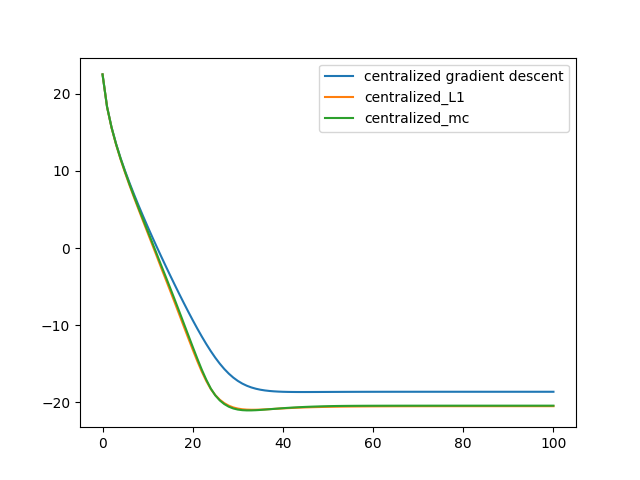
Repository: komuro-zero/distributed-optimization
Script's output: python main_weakly_sparse.py
The author's editor kept a copy of each file at every save. The script's output is drawn from the files as they stood at one save, then again after the next save.
Random numbers start from a fixed seed.

Above is the script's output before, as saved 2019-09-26 19:22:01.

### main_weakly_sparse.py
import numpy as np
import matplotlib.pyplot as plt
from numpy.random import *
from modules.distributed_functions_wj import functions


np.random.seed(0)
class distributed_updates(functions):


    def __init__(self):

        self.N = 40
        self.m = 100
        self.r_i = 30
        self.iteration = 100
        self.sparsity_percentage = 0.2
        #self.lamb = 10**-3
        #self.eta = 0.2
        #self.rho = s
        # elf.lamb*(10**2)
        self.lamb = 1
        self.eta = 0.003
        self.rho = self.lamb*(1**2)
        if self.lamb/self.rho <= self.eta*self.lamb:
            print("faulty rho")
            exit()

    def make_variables(self):
        """
        w_star,U_all,d_allを返㝙
        """
        how_weak = 0.001
        w = randn(self.N,1)
        w_star = self.w_star_weakly_sparse(self.N,self.sparsity_percentage,how_weak)
        U_all = randn(self.m,self.N)
        w_star_noise = w_star +randn(self.N,1)/100
        #w_star_noise = w_star_noise/np.dot(w_star_noise.T,w_star_noise)
        d_all = np.dot(U_all,w_star_noise)
        L2 = np.dot(w_star.T,w_star)

        return w,w_star,U_all,d_all,L2,w_star_noise

    def run(self):
        w,w_star,U_all,d_all,L2,w_star_noise = self.make_variables()
        c = self.adjacency_matrix(self.m,self.r_i)
        self.disjoint_checker(c,self.m)
        w_all = self.make_w(self.m,self.N)

        error_cgd,wcgd = self.centralized_gradient_descent(U_all,d_all,w,w_star,L2,0.003,self.iteration)
        error,wcl1 = self.centralized_L1(U_all,d_all,w,w_star,L2,0.003,0.003,self.iteration)
        error,wcmc = self.centralized_mc(U_all,d_all,w,w_star,L2,self.lamb,self.eta,self.rho,self.iteration)
        #self.distributed_gradient_descent_wj(U_all,d_all,w_star,L2,self.N,self.m,self.r_i,0.25,self.iteration,c,w_all,wcgd)
        #self.distributed_L1_wj(U_all,d_all,w_star,L2,self.N,self.m,self.r_i,10**-4,0.24,self.iteration,c,w_all,wcl1)
        #self.distributed_mc_wj(U_all,d_all,w_star,L2,self.N,self.m,self.r_i,self.lamb,self.eta,self.rho,self.iteration,c,w_all,wcmc)
        #self.distributed_gradient_descent(U_all,d_all,w_star,L2,self.N,self.m,self.r_i,0.21,self.iteration,c,w_all)
        #self.distributed_mc(U_all,d_all,w_star,L2,self.N,self.m,self.r_i,self.lamb,self.eta,self.rho,self.iteration,c,w_all)

        #error = [cgd[-1],cl1,cmc[-1],dgd[-1],dl1[-1],dmc[-1]]
        #return error[-1]#w_star,w_star_noise,wcgd,wcl1,wcmc

"""
    #not completed
    def run_distributed(self):
        w,w_star,U_all,d_all,L2 = self.make_variables()

        lamb_l1 = 9*10**-5
        lamb_mc = 10**-3
        eta_gd = 0.1
        eta_l1 = 0.09
        eta_mc = 0.01

        self.distributed(U_all,d_all,w_star,L2,self.N,self.m,self.r_i,lamb_l1,lamb_mc,eta_gd,eta_l1,eta_mc,self.rho,self.iteration)
"""


if __name__ == "__main__":
    simulation = distributed_updates()
    cgd=cl1=cmc=dgd=dl1=dmc=[]
    for i in range(1):
        simulation.run()
        #cgd.append(error)
        """
        error = simulation.run()
        cgd.append(error[0])
        cl1.append(error[1])
        cmc.append(error[2])
        dgd.append(error[3])
        dl1.append(error[4])
        dmc.append(error[5])

        print("iteration:",i)
        """
    #times = range(len(cgd))

    #print("average:",sum(cgd)/len(cgd),"\n max:",max(cgd))
    #print("w_star:",w_star,"\nwcgd:",wcgd-w_star_noise,"\nwcl1:",wcl1-w_star_noise,"\nwcmc:",wcmc-w_star_noise)
    #plt.bar(times,cgd)
    plt.legend()
    plt.show()

### modules/distributed_functions_wj.py
#functions used in each simulations
import numpy as np
from numpy.random import *
import matplotlib.pyplot as plt

#np.random.seed(0)

class functions():
	def w_star(self,N,sparse_percentage):
		w_star = randn(N,1)     #平均は0
		before_length = len(w_star)
		after_length = before_length
		while (after_length / before_length) > sparse_percentage:
			a = randint(0,N-1)
			w_star[a] = 0
			after_length = len(np.unique(w_star))-1  #重複要素の削除
		return w_star

	def w_star_weakly_sparse(self,N,sparse_percentage,how_weak):
		w_star = randn(N,1)     #平均は0
		before_length = len(w_star)
		after_length = before_length
		while (after_length / before_length) > sparse_percentage:
			a = randint(0,N-1)
			w_star[a] = 0
			after_length = len(np.unique(w_star))-1  #重複要素の削除
		w_star_prox = np.zeros((len(w_star),1))
		for i in range(len(w_star)):
			if w_star[i] == 0:
				w_star_prox[i] = randn()
		w_star_prox = w_star_prox/np.dot(w_star_prox.T,w_star_prox)
		w_star = w_star/np.dot(w_star.T,w_star)
		w_star += how_weak*w_star_prox
		return w_star

	def w_star_weakly_sparse_sample(self,N,sparse_percentage):
		w_star = self.w_star(N,sparse_percentage)
		for i in range(len(w_star)):
			if w_star[i] == 0:
				w_star[i] = 0.0001
			else:
				w_star[i] = 1
		return w_star

	def db(self,x, y):
		db = 10 * np.log10(x / y)
		return db[0][0]

	def adjacency_matrix(self,m,r_i):
		"""
		disjointed example
		a = [1]*r_i
		b = [0]*(m-r_i)
		a.extend(b)
		c = [1]*r_i
		d = [0]*(m-r_i)
		d.extend(c)
		aa = [a]*int(m/2)
		dd = [d]*int(m/2)
		dd.extend(aa)
		result = np.array(dd)
		for i in range(len(result)):
			result[i][i]=1

		"""
		c = np.eye(m)
		for j in range(m):
			counter = 0
			while counter != r_i:
				random_num = np.random.randint(0,m)
				if c[j][random_num] != 1:
					c[j][random_num] = 1
					counter += 1
		return c

	def find_ones(self,row):
		result = [i for i, element in enumerate(row) if element == 1]
		return result

	def all_connections(self,c_list):
		result = []
		for row in c_list:
			result.append(self.find_ones(row))
		return result

	def delete_self(self,all_connection):
		for i in range(len(all_connection)):
			all_connection[i].remove(i)
		return all_connection

	def disjoint_checker(self,c,m):
		c_list = c.tolist()
		all_connection = self.all_connections(c_list)
		adjacent_matrix = self.delete_self(all_connection)
		check_node = adjacent_matrix[0]
		connected_node = adjacent_matrix[0]
		last_length = len(connected_node)
		check_node_box = []
		count = 1

		flag = True
		while flag:
			for i in check_node:
				check_node_box[0:0] = (all_connection[i])
			common_part = list(set(check_node_box) & set(connected_node))
			check_node = list(set(check_node_box) - set(common_part))
			connected_node[0:0] = check_node_box
			connected_node = list(set(connected_node))
			check_node_box = []
			now_length = len(connected_node)
			if now_length == last_length:
				flag = False
			count += 1
			if count > m or len(connected_node) == m:
				flag = False
			last_length = now_length
		if len(connected_node) == m:
			print("Your graph is not disjoint")
		else:
			print("Your graph is disjoint. connected nodes:",now_length)

	def w_average(self,w_all):
		result = [0]*len(w_all[0])
		for row in w_all:
			result += row
		result = result/len(w_all)
		return result

	def make_w(self,m,N):
		w = randn(N,1).T
		for i in range(m-1):
			w = np.concatenate((w,randn(N,1).T))
		return w

	def centralized_gradient_descent(self,Ut,d,w,w_star,L2,eta,iteration):
		error = [self.db(np.dot((w-w_star).T,w-w_star)[0],L2)]
		times = [0]
		one_error =0
		U = Ut.T
		for i in range(iteration):
			w = w - 2*eta*(np.dot(U,(np.dot(Ut,w)-d)))
			one_error = np.dot((w-w_star).T,w-w_star)[0]
			error.append(self.db(one_error,L2))
			times.append(i+1)
		plt.plot(times,error,label = "centralized gradient descent")
		return error,w

	def centralized_L1(self,Ut,d,w,w_star,L2,lamb,eta,iteration):
		error = [self.db(np.dot((w-w_star).T,w-w_star)[0],L2)]
		times = [0]
		one_error =0
		U = Ut.T
		for i in range(iteration):
			w = w - 2*eta*(np.dot(U,(np.dot(Ut,w)-d)))
			for j in range(len(w)):
				if w[j] > 0 and lamb < abs(w[j]):
					w[j] -= lamb
				elif w[j] < 0 and lamb < abs(w[j]):
					w[j] += lamb
				else:
					w[j] = 0
			one_error = np.dot((w-w_star).T,w-w_star)[0]
			error.append(self.db(one_error,L2))
			times.append(i+1)
		exec("plt.plot(times,error,label = 'centralized_L1')")
		return error,w

	def centralized_mc(self,Ut,d,w,w_star,L2,lamb,eta,rho,iteration):
		error = [self.db(np.dot((w-w_star).T,w-w_star)[0],L2)]
		times = [0]
		one_error =0
		U = Ut.T
		for i in range(iteration):
			w = w - 2*eta*(np.dot(U,(np.dot(Ut,w)-d)))
			for j in range(len(w)):
				if abs(w[j]) < eta*lamb:
					w[j] = 0
				elif eta*lamb < abs(w[j]) and abs(w[j]) < lamb/rho:
					w[j] = w[j]*(abs(w[j])-eta*lamb)/(abs(w[j])*(1-eta*rho))
				elif lamb/rho <= abs(w[j]):
					w[j] = w[j]
				else:
					print("banana")
			one_error = np.dot((w-w_star).T,w-w_star)[0]
			error.append(self.db(one_error,L2))
			times.append(i+1)
			one_error = 0
		plt.plot(times,error,label = "centralized_mc")
		return error,w

	def one_gradient_descent(self,Ut,d,w,eta):
		U = Ut.T
		w = w - 2*eta*((U*(np.dot(Ut,w)-d)))
		return w

	def one_L1(self,Ut,d,w,lamb,eta):
		U = Ut.T
		w = w - 2*eta*((U*(np.dot(Ut,w)-d)))
		for j in range(len(w)):
			if w[j] > 0 and lamb < abs(w[j]):
				w[j] -= lamb
			elif w[j] < 0 and lamb < abs(w[j]):
				w[j] += lamb
			else:
				w[j] = 0
		return w

	def one_mc(self,Ut,d,w,lamb,eta,rho):
		U = Ut.T
		w = w - 2*eta*((U*(np.dot(Ut,w)-d)))
		for j in range(len(w)):
			if abs(w[j]) <= eta*lamb:
				w[j] = 0
			elif eta*lamb < abs(w[j]) and abs(w[j]) < lamb/rho:
				w[j] = w[j]*(abs(w[j])-eta*lamb)/(abs(w[j])*(1-eta*rho))
			elif lamb/rho <= abs(w[j]):
				w[j] = w[j]
			else:
				print("banana")
		return w

	def distributed_gradient_descent(self,Ut,d,w_star,L2,N,m,r_i,eta,iteration,c,w_all_f):
		average_error = [0]
		for i in range(1,m+1,1):
			exec("u_%d = Ut[%d]" % (i,i-1))
			exec("d_%d = d[%d][0]" % (i,i-1))
			exec("w_%d = np.reshape(w_all_f[%d],(N,1)).ravel() " % (i,i-1))
			exec("w_next_%d = w_%d" % (i,i))
			exec("error_w_%d = []" % (i))
			exec("one_error_%d =[]" % (i))
			exec("average_error[0] += self.db(np.dot((w_%d-w_star.ravel()).T,w_%d-w_star.ravel()),L2)"%(i,i))
		average_error[0] = average_error[0]/m
		times = [0]
		for i in range(iteration):
			for j in range(1,m+1,1):
				exec("w_%d = self.one_gradient_descent(u_%d,d_%d,w_%d,eta)" % (j,j,j,j))
				exec("w_next_%d = w_%d" % (j,j))
			exec("w_all = [w_next_1]")
			for j in range(2,m+1):
				exec("w_all = np.concatenate((w_all,[w_next_%d]))" %(j))
			exec("average = (1/(r_i+1))*np.dot(c,w_all)")
			for j in range(1,m+1,1):
				exec("w_%d = average[%d]" % (j,j-1))
			for j in range(1,m+1,1):
				exec("one_error_%d = np.dot((w_%d-w_star.ravel()).T,w_%d-w_star.ravel())" % (j,j,j))
				exec("error_w_%d.append(self.db(one_error_%d,L2))" % (j,j))
			times.append(i+1)
		exec("w_all_f = w_all")
		exec("w_average = self.w_average(w_all)")
		for i in range(iteration):
			exec("average_error.append(error_w_1[%d])" % (i))
			for j in range(2,m+1,1):
				exec("average_error[%d] += error_w_%d[%d]" % (i+1,j,i))
			average_error[i+1] = average_error[i+1]/m
		plt.plot(times,average_error,label = 'distributed gradient descent')
		plt.legend()
		return average_error,w_all_f

	def distributed_L1(self,Ut,d,w_star,L2,N,m,r_i,lamb,eta,iteration,c,w_all_f):
		average_error = [0]
		for i in range(1,m+1,1):
			exec("u_%d = Ut[%d]" % (i,i-1))
			exec("d_%d = d[%d][0]" % (i,i-1))
			exec("w_%d = np.reshape(w_all_f[%d],(N,1)).ravel() " % (i,i-1))
			exec("w_next_%d = w_%d" % (i,i))
			exec("error_w_%d = []" % (i))
			exec("one_error_%d =[]" % (i))
			exec("average_error[0] += self.db(np.dot((w_%d-w_star.ravel()).T,w_%d-w_star.ravel()),L2)"%(i,i))
		average_error[0] = average_error[0]/m

		times = [0]
		for i in range(iteration):
			for j in range(1,m+1,1):
				exec("w_%d = self.one_L1(u_%d,d_%d,w_%d,lamb,eta)" % (j,j,j,j))
				exec("w_next_%d = w_%d" % (j,j))
			exec("w_all = [w_next_1]")
			for j in range(2,m+1):
				exec("w_all = np.concatenate((w_all,[w_next_%d]))" %(j))
			exec("average = (1/(r_i+1))*np.dot(c,w_all)")
			for j in range(1,m+1,1):
				exec("w_%d = average[%d]" % (j,j-1))
			for j in range(1,m+1,1):
				exec("one_error_%d = np.dot((w_%d-w_star.ravel()).T,w_%d-w_star.ravel())" % (j,j,j))
				exec("error_w_%d.append(self.db(one_error_%d,L2))" % (j,j))
			times.append(i+1)
		exec("w_average = self.w_average(w_all)")
		for i in range(iteration):
			exec("average_error.append(error_w_1[%d])" % (i))
			for j in range(2,m+1,1):
				exec("average_error[%d] += error_w_%d[%d]" % (i+1,j,i))
			average_error[i+1] = average_error[i+1]/m
		plt.plot(times,average_error,label = 'distributed L1')
		plt.legend()
		return average_error

	def distributed_mc(self,Ut,d,w_star,L2,N,m,r_i,lamb,eta,rho,iteration,c,w_all_f):
		average_error = [0]
		for i in range(1,m+1,1):
			exec("u_%d = Ut[%d]" % (i,i-1))
			exec("d_%d = d[%d][0]" % (i,i-1))
			exec("w_%d = np.reshape(w_all_f[%d],(N,1)).ravel() " % (i,i-1))
			exec("w_next_%d = w_%d" % (i,i))
			exec("error_w_%d = []" % (i))
			#exec("error_w_%d = [self.db(np.dot((w_%d-w_star.ravel()).T,w_%d-w_star.ravel()),L2)]" % (i,i,i))
			exec("one_error_%d =[]" % (i))
			exec("average_error[0] += self.db(np.dot((w_%d-w_star.ravel()).T,w_%d-w_star.ravel()),L2)"%(i,i))
		average_error[0] = average_error[0]/m
		times = [0]
		for i in range(iteration):
			for j in range(1,m+1,1):
				exec("w_%d = self.one_mc(u_%d,d_%d,w_%d,lamb,eta,rho)" % (j,j,j,j))
				exec("w_next_%d = w_%d" % (j,j))
			exec("w_all = [w_next_1]")
			for j in range(2,m+1):
				exec("w_all = np.concatenate((w_all,[w_next_%d]))" %(j))
			exec("average = (1/(r_i+1))*np.dot(c,w_all)")
			for j in range(1,m+1,1):
				exec("w_%d = average[%d]" % (j,j-1))
			for j in range(1,m+1,1):
				exec("one_error_%d = np.dot((w_%d-w_star.ravel()).T,w_%d-w_star.ravel())" % (j,j,j))
				exec("error_w_%d.append(self.db(one_error_%d,L2))" % (j,j))
			times.append(i+1)
		exec("w_average = self.w_average(w_all)")
		for i in range(iteration):
			exec("average_error.append(error_w_1[%d])" % (i))
			for j in range(2,m+1,1):
				exec("average_error[%d] += error_w_%d[%d]" % (i+1,j,i))
			average_error[i+1] = average_error[i+1]/m
		#for i in range(1,m+1):
		#	exec("plt.plot(times,error_w_%d)"%(i))
		plt.plot(times,average_error,label = 'distributed mc',color = "black")
		plt.legend()
		return average_error

	def distributed_gradient_descent_wj(self,Ut,d,w_star,L2,N,m,r_i,eta,iteration,c,w_all_f,wj):
		average_error = [0]
		L2wj = np.dot(wj.T,wj)
		for i in range(1,m+1,1):
			exec("u_%d = Ut[%d]" % (i,i-1))
			exec("d_%d = d[%d][0]" % (i,i-1))
			exec("w_%d = np.reshape(w_all_f[%d],(N,1)).ravel() " % (i,i-1))
			exec("w_next_%d = w_%d" % (i,i))
			exec("error_w_%d = []" % (i))
			exec("one_error_%d =[]" % (i))
			exec("average_error[0] += self.db(np.dot((w_%d-wj.ravel()).T,w_%d-wj.ravel()),L2wj)"%(i,i))
		average_error[0] = average_error[0]/m
		times = [0]
		for i in range(iteration):
			for j in range(1,m+1,1):
				exec("w_%d = self.one_gradient_descent(u_%d,d_%d,w_%d,eta)" % (j,j,j,j))
				exec("w_next_%d = w_%d" % (j,j))
			exec("w_all = [w_next_1]")
			for j in range(2,m+1):
				exec("w_all = np.concatenate((w_all,[w_next_%d]))" %(j))
			exec("average = (1/(r_i+1))*np.dot(c,w_all)")
			for j in range(1,m+1,1):
				exec("w_%d = average[%d]" % (j,j-1))
			for j in range(1,m+1,1):
				exec("one_error_%d = np.dot((w_%d-wj.ravel()).T,w_%d-wj.ravel())" % (j,j,j))
				#exec("print(one_error_%d)"%(j))
				exec("error_w_%d.append(self.db(one_error_%d,L2wj))" % (j,j))
			times.append(i+1)
		for i in range(iteration):
			exec("average_error.append(error_w_1[%d])" % (i))
			for j in range(2,m+1,1):
				exec("average_error[%d] += error_w_%d[%d]" % (i+1,j,i))
			average_error[i+1] = average_error[i+1]/m
		#exec("plt.plot(times,average_error,label = 'wj distributed gradient descent')")
		return average_error

	def distributed_L1_wj(self,Ut,d,w_star,L2,N,m,r_i,lamb,eta,iteration,c,w_all_f,wj):
		average_error = [0]
		L2wj = np.dot(wj.T,wj)
		for i in range(1,m+1,1):
			exec("u_%d = Ut[%d]" % (i,i-1))
			exec("d_%d = d[%d][0]" % (i,i-1))
			exec("w_%d = np.reshape(w_all_f[%d],(N,1)).ravel() " % (i,i-1))
			exec("w_next_%d = w_%d" % (i,i))
			exec("error_w_%d = []" % (i))
			exec("one_error_%d =[]" % (i))
			exec("average_error[0] += self.db(np.dot((w_%d-wj.ravel()).T,w_%d-wj.ravel()),L2wj)"%(i,i))
		average_error[0] = average_error[0]/m

		times = [0]
		for i in range(iteration):
			for j in range(1,m+1,1):
				exec("w_%d = self.one_L1(u_%d,d_%d,w_%d,lamb,eta)" % (j,j,j,j))
				exec("w_next_%d = w_%d" % (j,j))
			exec("w_all = [w_next_1]")
			for j in range(2,m+1):
				exec("w_all = np.concatenate((w_all,[w_next_%d]))" %(j))
			exec("average = (1/(r_i+1))*np.dot(c,w_all)")
			for j in range(1,m+1,1):
				exec("w_%d = average[%d]" % (j,j-1))
			for j in range(1,m+1,1):
				exec("one_error_%d = np.dot((w_%d-wj.ravel()).T,w_%d-wj.ravel())" % (j,j,j))
				exec("error_w_%d.append(self.db(one_error_%d,L2wj))" % (j,j))
			times.append(i+1)
		for i in range(iteration):
			exec("average_error.append(error_w_1[%d])" % (i))
			for j in range(2,m+1,1):
				exec("average_error[%d] += error_w_%d[%d]" % (i+1,j,i))
			average_error[i+1] = average_error[i+1]/m
		exec("plt.plot(times,average_error,label = 'wj distributed L1')")
		return average_error

	def distributed_mc_wj(self,Ut,d,w_star,L2,N,m,r_i,lamb,eta,rho,iteration,c,w_all_f,wj):
		average_error = [0]
		L2wj = np.dot(wj.T,wj)
		for i in range(1,m+1,1):
			exec("u_%d = Ut[%d]" % (i,i-1))
			exec("d_%d = d[%d][0]" % (i,i-1))
			exec("w_%d = np.reshape(w_all_f[%d],(N,1)).ravel() " % (i,i-1))
			exec("w_next_%d = w_%d" % (i,i))
			exec("error_w_%d = []" % (i))
			exec("one_error_%d =[]" % (i))
			exec("average_error[0] += self.db(np.dot((w_%d-wj.ravel()).T,w_%d-wj.ravel()),L2wj)"%(i,i))
		average_error[0] = average_error[0]/m
		times = [0]
		for i in range(iteration):
			for j in range(1,m+1,1):
				exec("w_%d = self.one_mc(u_%d,d_%d,w_%d,lamb,eta,rho)" % (j,j,j,j))
				exec("w_next_%d = w_%d" % (j,j))
			exec("w_all = [w_next_1]")
			for j in range(2,m+1):
				exec("w_all = np.concatenate((w_all,[w_next_%d]))" %(j))
			exec("average = (1/(r_i+1))*np.dot(c,w_all)")
			for j in range(1,m+1,1):
				exec("w_%d = average[%d]" % (j,j-1))
			for j in range(1,m+1,1):
				exec("one_error_%d = np.dot((w_%d-wj.ravel()).T,w_%d-wj.ravel())" % (j,j,j))

				exec("error_w_%d.append(self.db(one_error_%d,L2wj))" % (j,j))
			times.append(i+1)
		for i in range(iteration):
			exec("average_error.append(error_w_1[%d])" % (i))
			for j in range(2,m+1,1):
				exec("average_error[%d] += error_w_%d[%d]" % (i+1,j,i))
			average_error[i+1] = average_error[i+1]/m
		exec("plt.plot(times,average_error,label = 'wj distributed mc')")
		return average_error

After the next save:
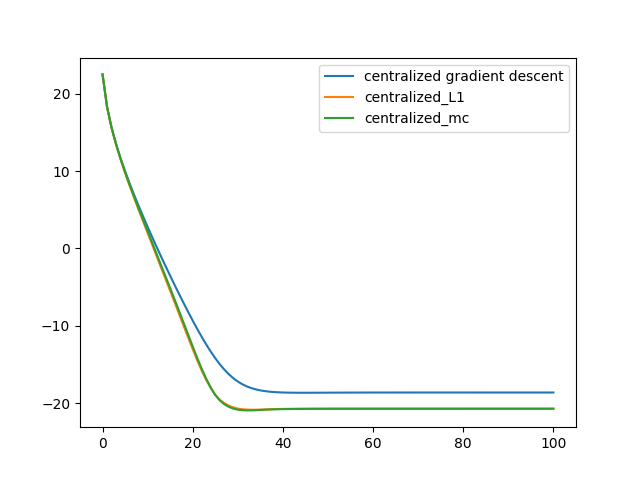
Saved 9 s later.
--- a/main_weakly_sparse.py
+++ b/main_weakly_sparse.py
@@ -30,7 +30,7 @@ class distributed_updates(functions):
         """
         w_star,U_all,d_allを返㝙
         """
-        how_weak = 0.001
+        how_weak = 0.1
         w = randn(self.N,1)
         w_star = self.w_star_weakly_sparse(self.N,self.sparsity_percentage,how_weak)
         U_all = randn(self.m,self.N)
